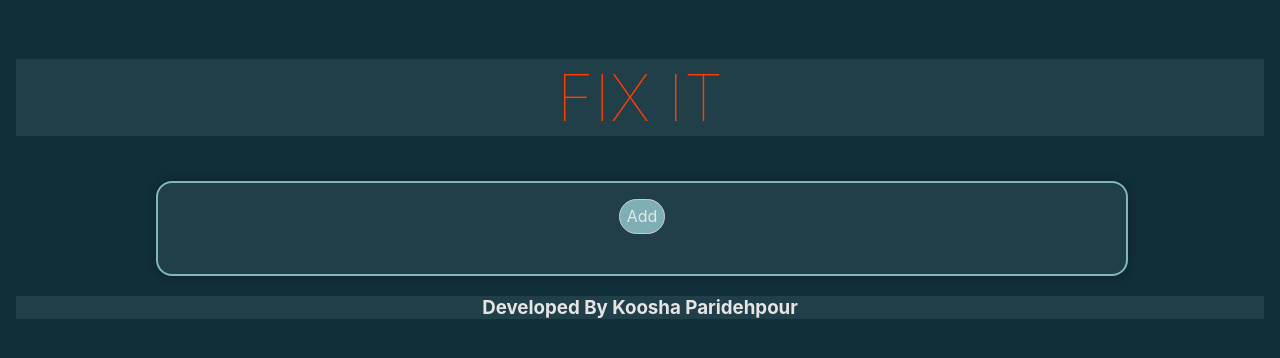
Repository: KooshaPari/fixit-go
Page: / (app in frontend/)
The author's editor kept a copy of each file at every save. The page is drawn from the files as they stood at one save, then again after the next save.
The browser window is 1280 px wide. The pictures show the whole page.
The page's requests for data from a server got no answer. The project was rebuilt for these pictures with package versions that can differ from the ones it lists, and the page was loaded fresh each time. No one was signed in, and anything a server would have sent is missing.

Above is the page before, as saved 2024-09-24 23:19:34.

### frontend/public/index.html
<!DOCTYPE html>
<html lang="en">
	<head>
		<meta charset="utf-8" />
		<meta name="viewport" content="width=device-width,initial-scale=1" />

		<title>Svelte app</title>

		<link rel="icon" type="image/png" href="/favicon.png" />
		<link rel="stylesheet" href="/global.css" />
		<link rel="stylesheet" href="/build/bundle.css" />

		<script defer src="/build/bundle.js"></script>
	</head>

	<body></body>
</html>

### frontend/src/main.js
import App from "./App.svelte";

const app = new App({
	target: document.body,
	props: {
		name: "fixIt",
	},
});

### frontend/src/App.svelte
<script>
	import { onMount, afterUpdate } from "svelte";
	import Modal from "./Modal.svelte";
	import { prevent_default } from "svelte/internal";
	import { fly, fade } from "svelte/transition";
	let todos = [];
	let tempid = -1;
	onMount(async () => {
		try {
			const response = await fetch("http://localhost:8081/api/todos");
			if (!response.ok) {
				throw new Error(`HTTP error! status: ${response.status}`);
			}
			console.log("GRABBING TODOS");
			todos = await response.json();
		} catch (error) {
			console.error("Error fetching todos:", error);
		}
	});
	let showCreateModal = false;
	let showEditModal = false;
	async function loadEditPopup(id) {
		showEditModal = true;
		const response = await fetch(`http://localhost:8081/api/todos/${id}`, {
			method: "GET",
			headers: { "Content-Type": "application/json" },
		});
		const todo = await response.json();
		// Update the title, description, and dueDate variables
		title = todo.title;
		description = todo.description;
		dueDate = todo.dueDate;
		tempid = todo.id;
	}
	async function editTodo(title, description, dueDate) {
		const id = tempid;
		const newTodo = { id, title, description, dueDate };
		tempid = -1;
		try {
			const response = await fetch(`http://localhost:8081/api/todos/${id}`, {
				method: "PUT",
				headers: { "Content-Type": "application/json" },
				body: JSON.stringify(newTodo),
			});
			const updatedTodo = await response.json();
			todos = todos.map((todo) => (todo.id === id ? updatedTodo : todo));
		} catch (error) {
			console.error("Error editing todo:", error);
		}
	}

	async function createTodo(title, description, dueDate) {
		/**Generate ToDo Object, add to local array, then create fetch object to server to add to remote array*/

		const newTodo = { title, description, dueDate };
		try {
			const response = await fetch("http://localhost:8081/api/todos", {
				method: "POST",
				headers: { "Content-Type": "application/json" },
				body: JSON.stringify(newTodo),
			});
			const createdTodo = await response.json();
			todos = [...todos, createdTodo];
		} catch (error) {
			console.error("Error creating todo:", error);
		}
		showCreateModal = false;
	}
	async function deleteTodo(id) {
		console.log("DELETING: " + id);
		if (id !== undefined) {
			todos = todos.filter((todo) => todo.id !== id);
			const response = await fetch(`http://localhost:8081/api/todos/${id}`, {
				method: "DELETE",
				headers: { "Content-Type": "application/json" },
			});
		} else {
			console.error("Cannot delete todo item: id is undefined");
		}
	}
	let title;
	let description;
	let dueDate;
</script>

<main>
	<!---->

	<div id="header">
		<div id="logoCont">
			<h1>Fix It</h1>
		</div>
	</div>
	<div id="body">
		<div id="fixItApp" style="overflow-y:auto;">
			<Modal bind:showModal={showEditModal}>
				<h2>Edit Todo Item</h2>
				<form>
					<input
						type="text"
						id="todo-title"
						bind:value={title}
						placeholder="Todo title"
					/>
					<input
						type="text"
						id="todo-description"
						bind:value={description}
						placeholder="Todo description"
					/>
					<input
						type="text"
						id="todo-dueDate"
						bind:value={dueDate}
						placeholder="Todo dueDate"
					/>
					<button
						on:click={(event) => {
							editTodo(title, description, dueDate);
						}}>Edit</button
					>
				</form>
			</Modal>
			<Modal bind:showModal={showCreateModal}>
				<h2>Create Todo Item</h2>
				<form>
					<input
						type="text"
						id="todo-title"
						bind:value={title}
						placeholder="Todo title"
					/>
					<input
						type="text"
						id="todo-description"
						bind:value={description}
						placeholder="Todo description"
					/>
					<input
						type="text"
						id="todo-dueDate"
						bind:value={dueDate}
						placeholder="Todo dueDate"
					/>
					<button on:click={() => createTodo(title, description, dueDate)}
						>Create</button
					>
				</form>
			</Modal>
			<div id="todoList">
				<button
					on:click={() => {
						showCreateModal = true;
					}}
					class="addBtn">Add</button
				>

				<ul id="todos">
					{#each todos as todo, index}
						<li
							class="todoLstItm"
							in:fly={{ y: 200, duration: 2000, delay: index * 100 }}
							out:fade={{ duration: 2000 }}
						>
							<div class="todoLstItmContLeft">
								<button
									on:click={() => deleteTodo(todo.id)}
									class="completeBtn todoBtn">&#10003;</button
								>
							</div>
							<div class="todoLstItmConRight">
								<h3 style="padding-inline: 1em; font-size: 0.75em; width: 40%;">
									{todo.title}
								</h3>
								<div style="display:flex; flex-direction:column; width: 40% ">
									<p class="todotxt">{todo.description}</p>
									<!-- due Date below-->
									<p class="todotxt">{todo.dueDate}</p>
								</div>
								<div class="todoLstItmConRightBtns">
									<button
										on:click={() => loadEditPopup(todo.id)}
										class="deleteBtn todoBtn">&#9998;</button
									>
									<button
										on:click={() => deleteTodo(todo.id)}
										class="editBtn todoBtn">&#10006;</button
									>
								</div>
							</div>
						</li>
					{/each}
				</ul>
			</div>
		</div>
	</div>
	<div id="footer">
		<h3>Developed By Koosha Paridehpour</h3>
	</div>
</main>

<style>
	main {
		text-align: center;
		padding: 1em;
		max-width: 240px;
		margin: 0 auto;
	}

	h1 {
		color: #ff3e00;
		text-transform: uppercase;
		font-size: 4em;
		font-weight: 100;
	}
	#fixItApp {
		border: 2px solid #7ebab5;
		padding: 1em;
		border-radius: 1em;
		width: 75%;
		max-height: 65vh;
		box-shadow: 0 0 10px rgba(0, 0, 0, 0.3);
		background-color: #213f49;
	}
	#fixItApp button:hover {
		background-color: #0e4a45;
	}
	#fixItApp button:active {
		background-color: #0a4440;
	}
	@media (min-width: 640px) {
		main {
			max-width: none;
		}
	}
	.todoLstItmContLeft {
		background-color: #314d59;
		width: 25%;
		border-radius: 0.625em 0 0 0.625em;
		display: flex;
		align-items: center;
		justify-content: center;
	}
	.todoLstItmConRight {
		width: 75%;
		justify-content: center;
		align-items: center;
		overflow: hidden;
	}
	.todoLstItmConRight * {
		display: flex;
		justify-content: flex-start;
		align-items: flex-start;
	}
	.todoLstItmConRightBtns {
		display: flex;
		flex-direction: column;
		width: 20%;
		padding: 0.5em;
	}
	.todoLstItm {
		background-color: #415d69;
		margin: 0;
		border-radius: 0.625em;
		box-shadow: 0 0 10px rgba(0, 0, 0, 0.3);
		display: flex;
		flex-direction: row;
	}
	.todotxt {
		font-size: 0.25em;
		text-align: left;
	}
	.todoLstItmContLeft,
	.todoLstItmConRight {
		display: flex;
		padding: 0.25em;
	}
	ul {
		list-style-type: none;
	}
	#body {
		align-items: flex-start;
		justify-content: center;
		display: flex;
		width: 100%;
		padding: 0.125em;
	}
	#header,
	#footer {
		background-color: #213f49;
		width: 100%;
		margin: 0;
	}
	#todoList {
		overflow-y: auto;
	}
	.todoBtn {
		background-color: #314d59;
		border-radius: 0.5em;
		color: #f6f5f5;
		width: 100%;
		height: 25%;
		padding: 0.25em;
		display: flex;
		align-items: center;
		justify-content: center;
	}
	.completeBtn {
		width: 2.5em;
		height: 2.5em;
		padding: 0.25em;
		border-radius: 2.5em;
		background-color: #7eafb5;
		font-size: 100%;
	}
	#popupCont {
		background-color: #213f49;
		width: 100%;
		height: 100%;
		display: none;
		flex-direction: column;
		align-items: center;
		justify-content: center;
	}
	.popup.open {
		display: block !important;
	}
	#todos {
		padding-inline-start: 0 !important;
	}
	#todos > li {
		margin: 0.5em;
	}
	.addBtn {
		border-radius: 2em;
		background-color: #7eafb5;
		color: #e6e6e6;
	}
</style>

### frontend/src/Modal.svelte
<script>
	export let showModal; // boolean

	let dialog; // HTMLDialogElement

	$: if (dialog && showModal) dialog.showModal();
</script>

<!-- svelte-ignore a11y-click-events-have-key-events a11y-no-noninteractive-element-interactions -->
<dialog
	bind:this={dialog}
	on:close={() => (showModal = false)}
	on:click|self={() => dialog.close()}
>
	<!-- svelte-ignore a11y-no-static-element-interactions -->
	<div on:click|stopPropagation>
		<slot name="header" />
		<hr />
		<slot />
		<hr />
		<!-- svelte-ignore a11y-autofocus -->
		<button autofocus on:click={() => dialog.close()}>close</button>
	</div>
</dialog>

<style>
	dialog {
		max-width: 32em;
		border-radius: 1em;
		border: none;
		padding: 1em;
		background-color: #213f49;
		color: #e6e6e6;
	}
	dialog::backdrop {
		background: rgba(0, 0, 0, 0.3);
	}
	dialog > div {
		padding: 1em;
	}
	dialog[open] {
		animation: zoom 0.3s cubic-bezier(0.34, 1.56, 0.64, 1);
	}
	dialog button {
		border-radius: 2em;
		background-color: #7ebab5;
	}
	@keyframes zoom {
		from {
			transform: scale(0.95);
		}
		to {
			transform: scale(1);
		}
	}
	dialog[open]::backdrop {
		animation: fade 0.2s ease-out;
	}
	@keyframes fade {
		from {
			opacity: 0;
		}
		to {
			opacity: 1;
		}
	}
	button {
		display: block;
	}
</style>

### frontend/public/global.css
html,
body {
	position: relative;
	width: 100%;
	height: 100%;
}

body {
	color: #e6e5e5;
	background-color: #112f39;
	margin: 0;
	padding: 0px;
	box-sizing: border-box;
	font-family: -apple-system, BlinkMacSystemFont, "Segoe UI", Roboto,
		Oxygen-Sans, Ubuntu, Cantarell, "Helvetica Neue", sans-serif;
}

a {
	color: rgb(0, 100, 200);
	text-decoration: none;
}

a:hover {
	text-decoration: underline;
}

a:visited {
	color: rgb(0, 80, 160);
}

label {
	display: block;
}

input,
button,
select,
textarea {
	font-family: inherit;
	font-size: inherit;
	-webkit-padding: 0.4em 0;
	padding: 0.4em;
	margin: 0 0 0.5em 0;
	box-sizing: border-box;
	border: 1px solid #ccc;
	border-radius: 2px;
}

input:disabled {
	color: #ccc;
}

button {
	color: #333;
	background-color: #f4f4f4;
	outline: none;
}

button:disabled {
	color: #999;
}

button:not(:disabled):active {
	background-color: #ddd;
}

button:focus {
	border-color: #666;
}

After the next save:
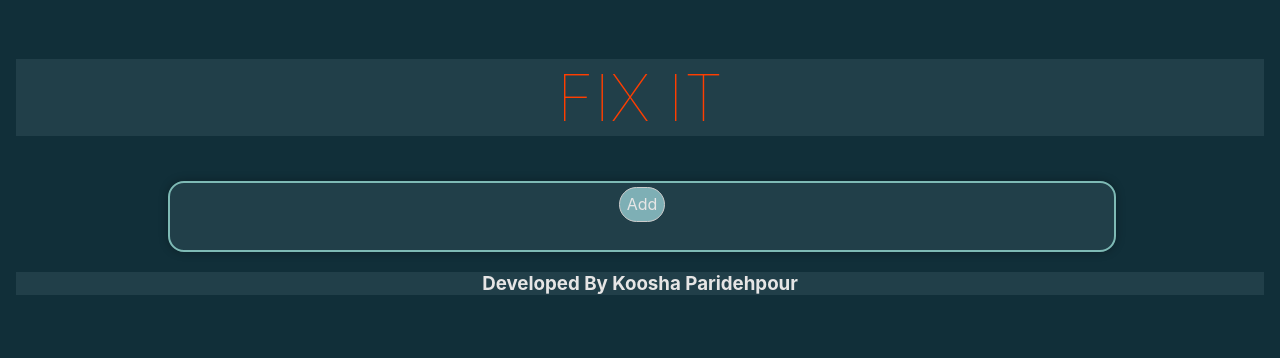
Saved 14 s later.
--- a/frontend/src/App.svelte
+++ b/frontend/src/App.svelte
@@ -92,7 +92,7 @@
 		</div>
 	</div>
 	<div id="body">
-		<div id="fixItApp" style="overflow-y:auto;">
+		<div id="fixItApp" style="overflow-y:auto; padding: 0.25em">
 			<Modal bind:showModal={showEditModal}>
 				<h2>Edit Todo Item</h2>
 				<form>
